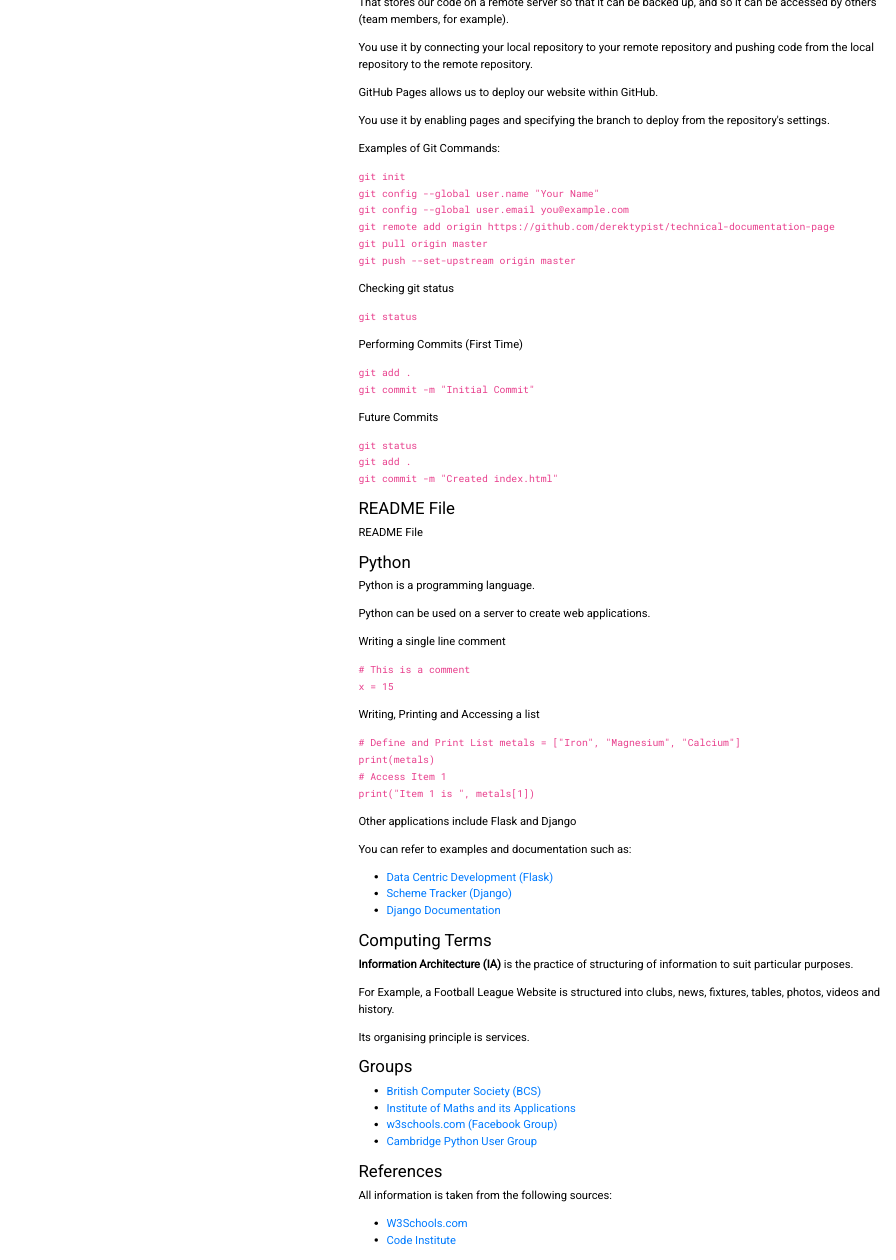
Repository: derektypist/technical-documentation-page
Page: index.html
The author's editor kept a record of every edit. The page is drawn from the files as they stood at one moment, then again after the next edit.
The browser window is 1280 px wide. The pictures show the part of the page from y = 3717 to 5637 px (the page is 5517 px tall before and 5637 px after), at 70% of full size.

Above is the page before.

After the next edit:
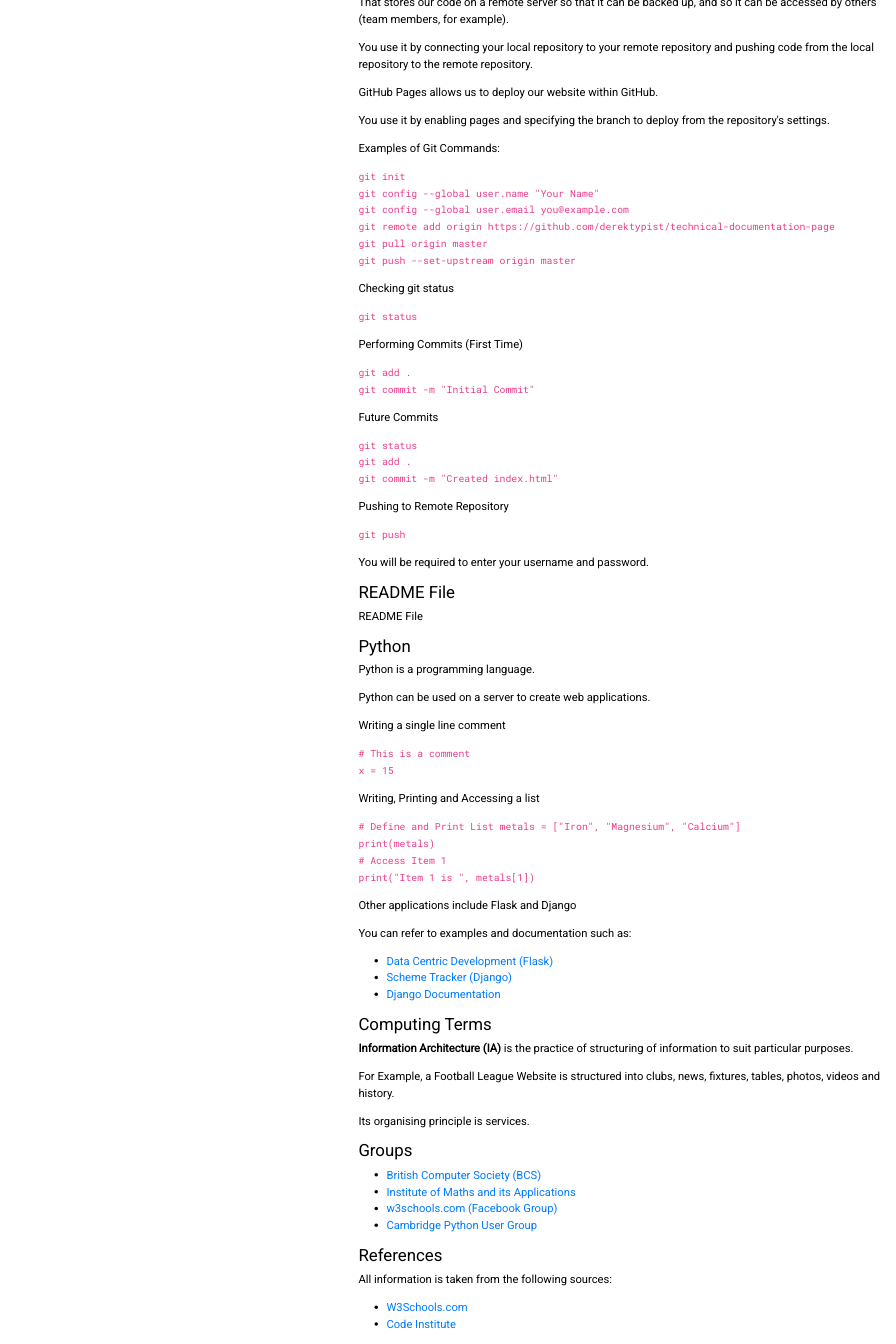
The edit:
--- a/index.html
+++ b/index.html
@@ -324,6 +324,10 @@
         git add . <br>
         git commit -m &quotCreated index.html&quot</code>
         <p></p>
+        <p>Pushing to Remote Repository</p>
+        <code>git push</code>
+        <p></p>
+        <p>You will be required to enter your username and password.</p>
       </article>
     </section>
 
